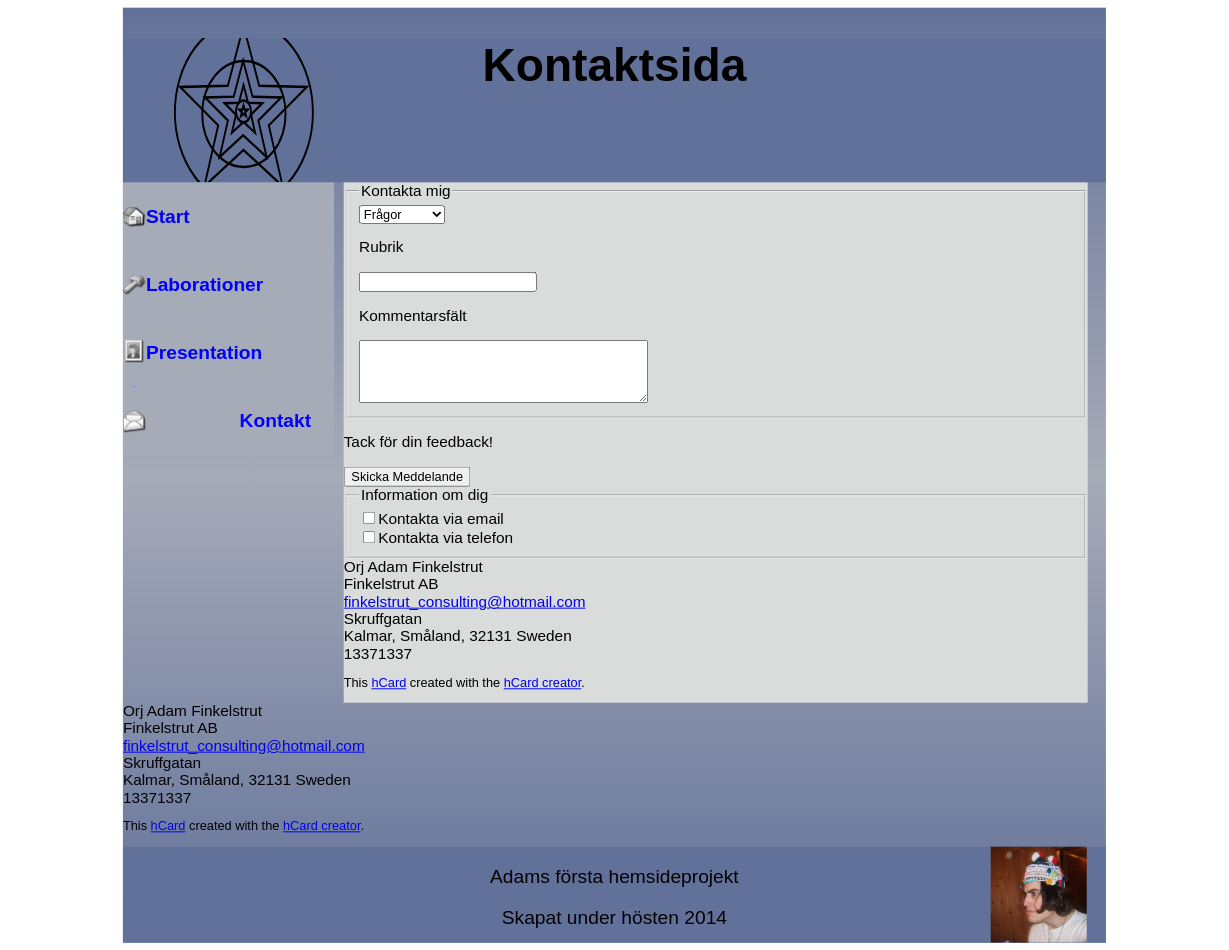
Repository: ao222qc/1IK415_ao222qc_copycat
Page: pages/kontakt.html
The author's editor kept a record of every edit. The page is drawn from the files as they stood at one moment, then again after the next edit.
The browser window is 1280 px wide. The pictures show the whole page, at 96% of full size.

Above is the page before.

After the next edit:
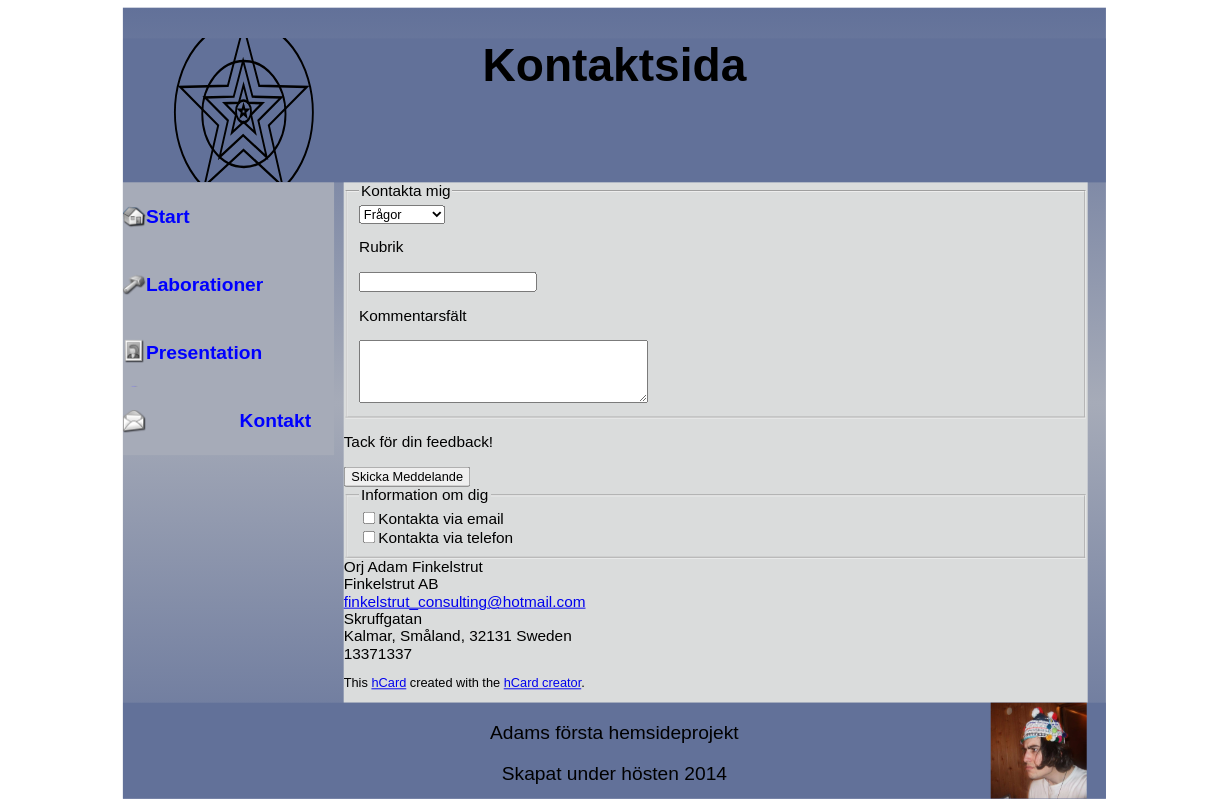
The edit:
--- a/pages/kontakt.html
+++ b/pages/kontakt.html
@@ -70,28 +70,6 @@
 </div>
 </div>
     </div>
-    <div id="kontaktruta">
-        <div id="hcard-Orj-Adam-Finkelstrut" class="vcard">
- <span class="fn n">
-    <span class="given-name">Orj</span>
-  <span class="additional-name">Adam</span>
-  <span class="family-name">Finkelstrut</span>
-</span>
- <div class="org">Finkelstrut AB</div>
- <a class="email" href="mailto:finkelstrut_consulting@hotmail.com">finkelstrut_consulting@hotmail.com</a>
- <div class="adr">
-  <div class="street-address">Skruffgatan</div>
-  <span class="locality">Kalmar</span>,
-  <span class="region">Småland</span>,
-  <span class="postal-code">32131</span>
-
-  <span class="country-name">Sweden</span>
-
- </div>
- <div class="tel">13371337</div>
-<p style="font-size:smaller;">This <a href="http://microformats.org/wiki/hcard">hCard</a> created with the <a href="http://microformats.org/code/hcard/creator">hCard creator</a>.</p>
-</div>
-</div>
      <div id="footer">
          <p>Adams första hemsideprojekt
          </p>
